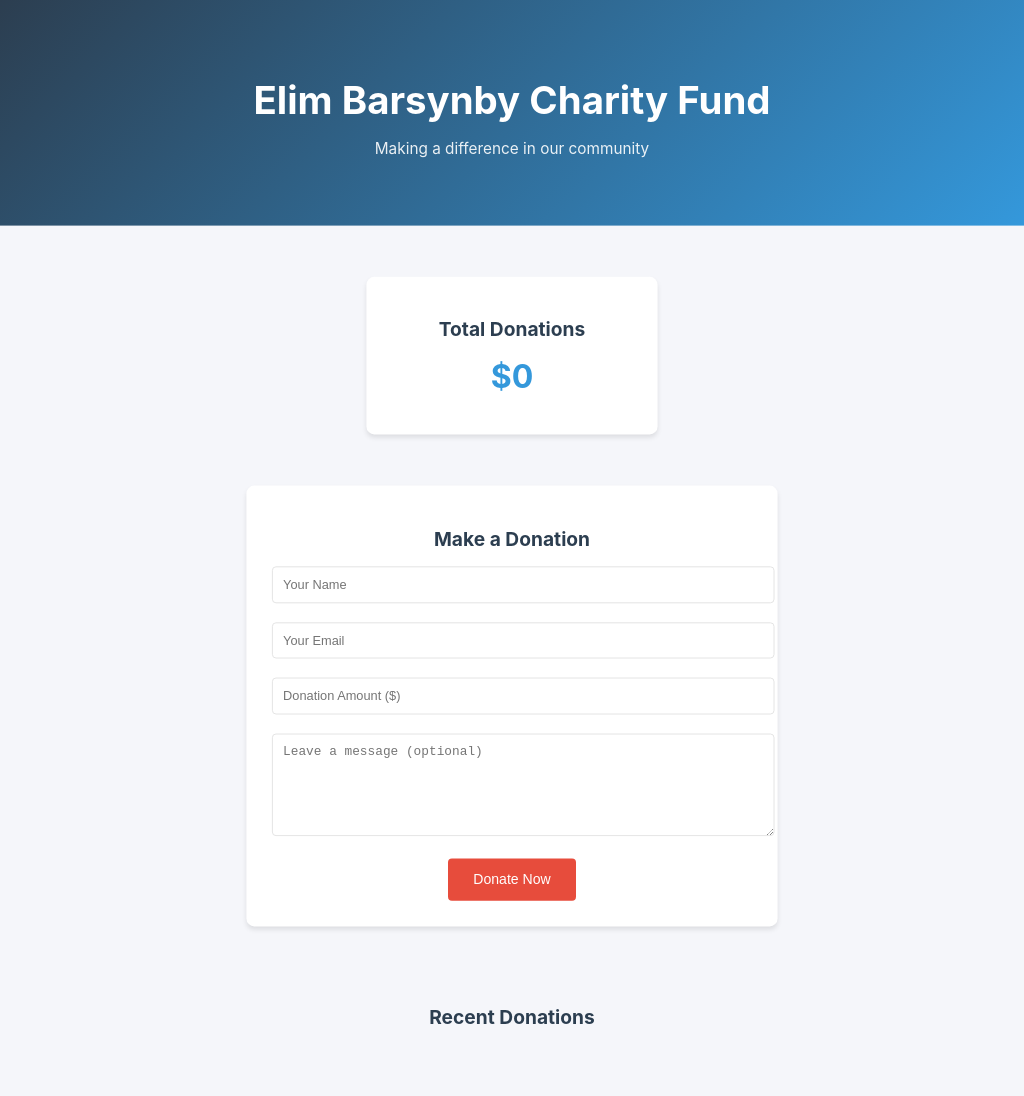
Repository: krmvz/elimbarsynby-
Page: / (app in elim-barsynby-charity/)
These files come from the project's save history. The page is drawn as it stood at one moment and after a run of saves; the edit follows.
The browser window is 1280 px wide. The pictures show the whole page, at 80% of full size.
The page's requests for data from a server got no answer. The project was rebuilt for these pictures with package versions that can differ from the ones it lists, and the page was loaded fresh each time. No one was signed in, and anything a server would have sent is missing.

Above is the page before, as saved 2025-06-17 17:30:59.

After the next 2 saves:
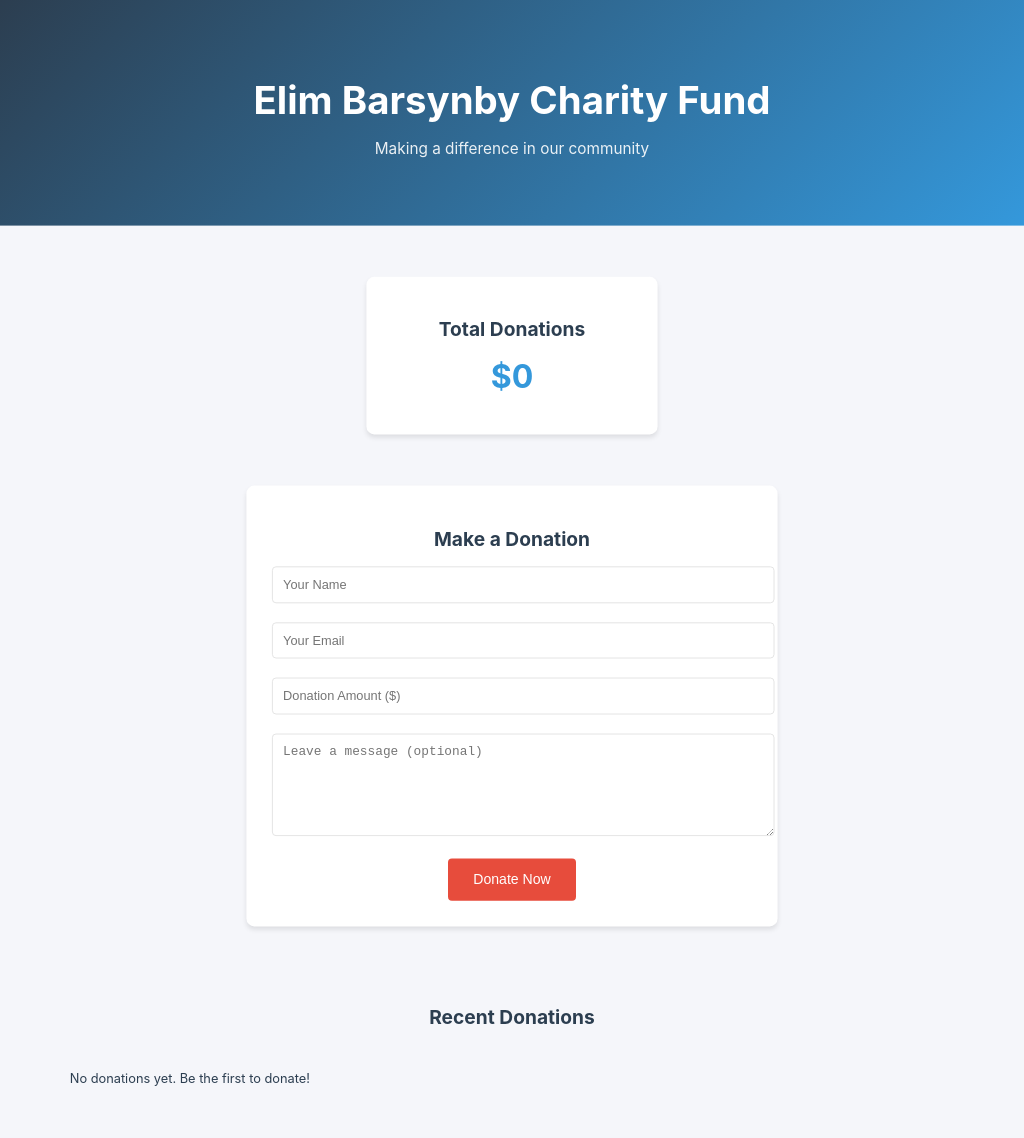
The 2 saves are shown as one change because they came seconds apart.
The last was saved 32 s later.
--- a/elim-barsynby-charity/src/App.tsx
+++ b/elim-barsynby-charity/src/App.tsx
@@ -27,20 +27,28 @@ function App() {
   const fetchDonations = async () => {
     try {
       const response = await fetch('http://localhost:5000/api/donations');
+      if (!response.ok) {
+        throw new Error('Failed to fetch donations');
+      }
       const data = await response.json();
-      setDonations(data);
+      setDonations(Array.isArray(data) ? data : []);
     } catch (error) {
       console.error('Error fetching donations:', error);
+      setDonations([]);
     }
   };
 
   const fetchTotalDonations = async () => {
     try {
       const response = await fetch('http://localhost:5000/api/donations/total');
+      if (!response.ok) {
+        throw new Error('Failed to fetch total donations');
+      }
       const data = await response.json();
-      setTotalDonations(data.total);
+      setTotalDonations(data.total || 0);
     } catch (error) {
       console.error('Error fetching total donations:', error);
+      setTotalDonations(0);
     }
   };
 
@@ -54,11 +62,12 @@ function App() {
         },
         body: JSON.stringify(formData),
       });
-      if (response.ok) {
-        setFormData({ donor: '', amount: '', message: '', email: '' });
-        fetchDonations();
-        fetchTotalDonations();
+      if (!response.ok) {
+        throw new Error('Failed to submit donation');
       }
+      setFormData({ donor: '', amount: '', message: '', email: '' });
+      fetchDonations();
+      fetchTotalDonations();
     } catch (error) {
       console.error('Error submitting donation:', error);
     }
@@ -133,14 +142,18 @@ function App() {
       <section className="recent-donations">
         <h2>Recent Donations</h2>
         <div className="donations-list">
-          {donations.map((donation) => (
-            <div key={donation._id} className="donation-card">
-              <h3>{donation.donor}</h3>
-              <p className="amount">${donation.amount}</p>
-              {donation.message && <p className="message">"{donation.message}"</p>}
-              <p className="date">{new Date(donation.date).toLocaleDateString()}</p>
-            </div>
-          ))}
+          {donations && donations.length > 0 ? (
+            donations.map((donation) => (
+              <div key={donation._id} className="donation-card">
+                <h3>{donation.donor}</h3>
+                <p className="amount">${donation.amount}</p>
+                {donation.message && <p className="message">"{donation.message}"</p>}
+                <p className="date">{new Date(donation.date).toLocaleDateString()}</p>
+              </div>
+            ))
+          ) : (
+            <p>No donations yet. Be the first to donate!</p>
+          )}
         </div>
       </section>
     </div>
